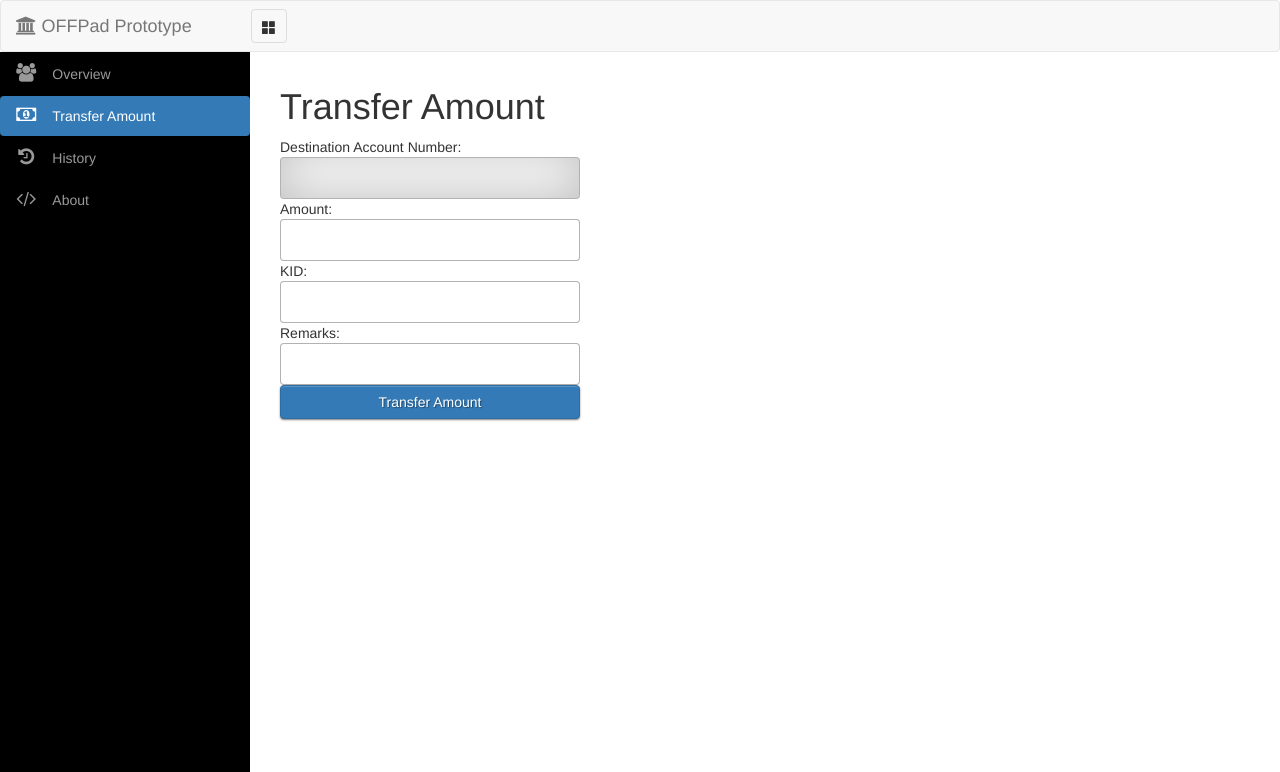
Repository: sijangurung/OFFPad-Projects
Page: http://localhost/OffPad_WebApp/clientPage.jsp
An editor plug-in stored every save of this project. The page is shown before and after the next save, followed by the edit.
The browser window is 1280 px wide. The pictures show the whole page.
The first visible `input` has the focus.
The page is served by Tomcat 9. The template is opened directly, without the code that normally fills it, so the values that code supplies are empty.

Above is the page before, as saved 2015-12-29 17:47:16.

After the next save:
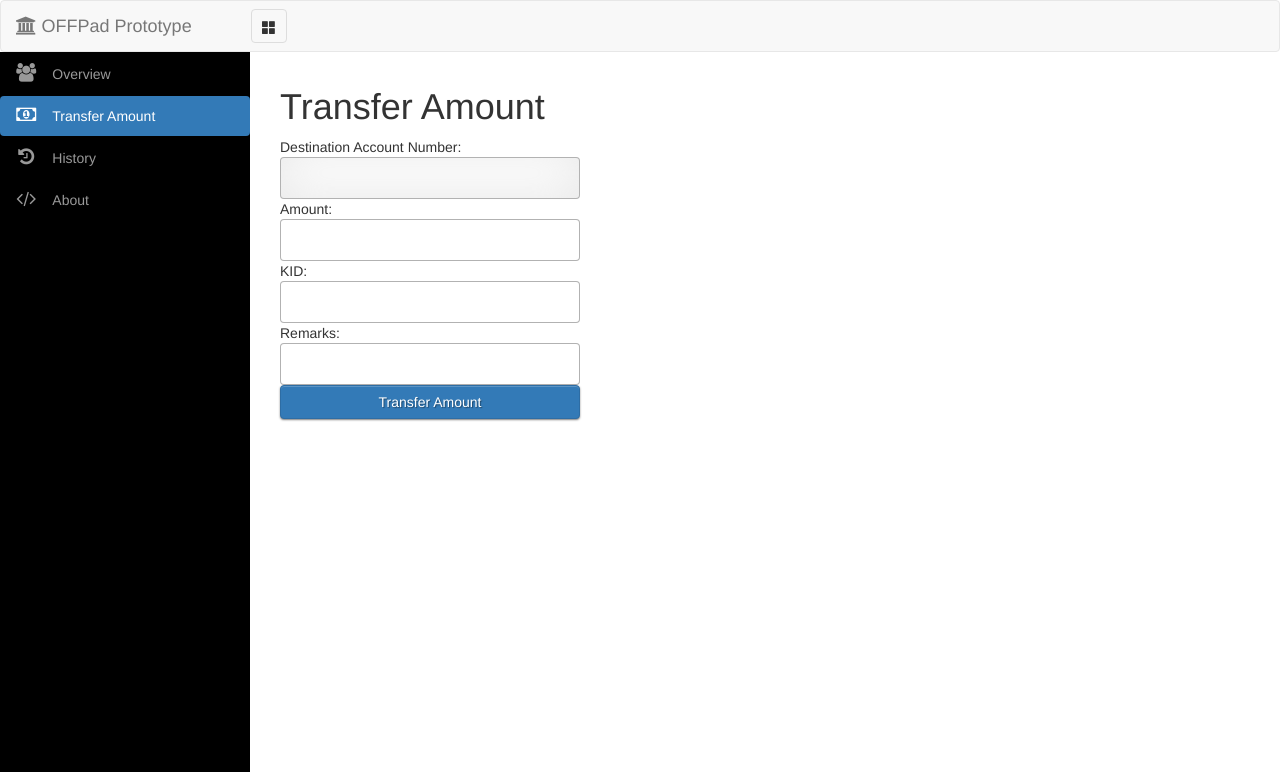
Saved 18 s later.
--- a/Web App Workspace/OffPad WebApp/WebContent/styles/style.css
+++ b/Web App Workspace/OffPad WebApp/WebContent/styles/style.css
@@ -52,4 +52,4 @@
 	border-radius: 4px;
 
 }
-input:focus { box-shadow: inset 0 -5px 45px rgba(100,100,100,0.4), 0 1px 1px rgba(255,255,255,0.2); }
+input:focus { box-shadow: inset 0 -5px 45px rgba(200,200,200,0.4), 0 1px 1px rgba(255,255,255,0.2); }
